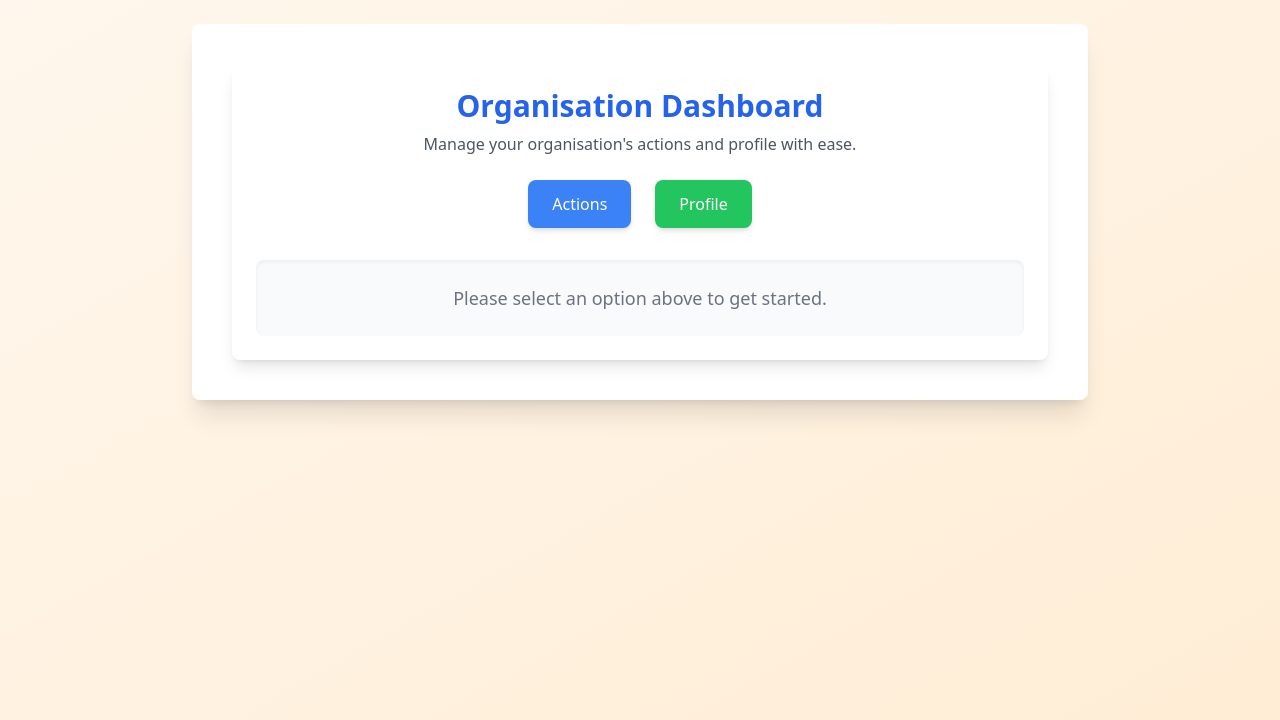
Repository: virtualvasu/TrueCert
Page: / (app in client/), after clicking the first element matching `button.px-10`
These files come from the project's save history. The page is drawn as it stood at one moment and after the next save; the edit follows.
The browser window is 1280 px wide. The pictures show the whole page.
The project was rebuilt for these pictures with package versions that can differ from the ones it lists, and the page was loaded fresh each time. Also part of the build but not shown: client/vite.config.js, client/src/components/organisation/actions/contractDetails.jsx, client/src/components/organisation/actions/CheckCertificate.jsx, client/src/components/organisation/actions/IssueCertificate.jsx, client/src/components/organisation/actions/RevokeCertificate.jsx, client/src/components/organisation/OrgActions.jsx, client/src/components/organisation/OrgProfile.jsx.

Above is the page before, as saved 2025-01-08 03:40:51.

After the next save:
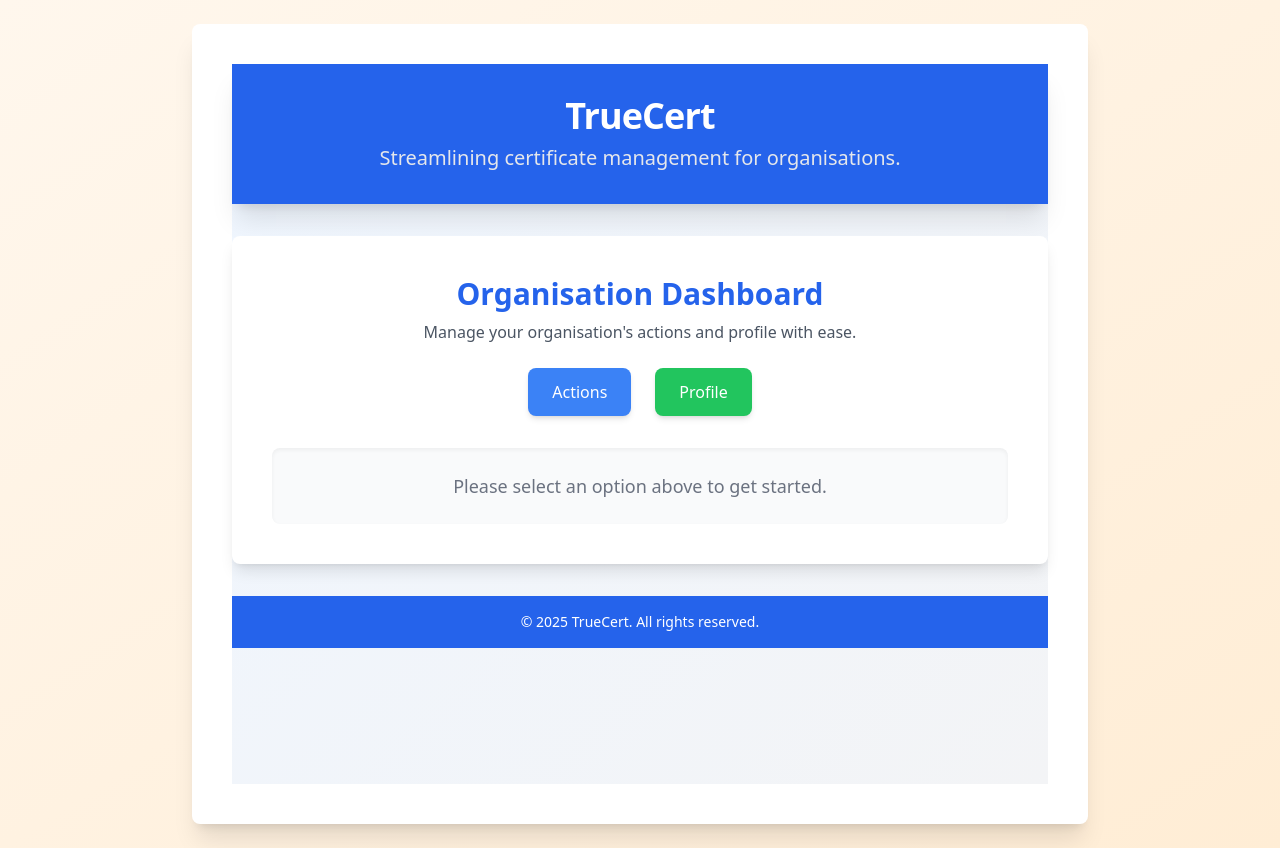
Saved 3 min 3 s later.
--- a/client/src/components/organisation/OrgHome.jsx
+++ b/client/src/components/organisation/OrgHome.jsx
@@ -6,58 +6,79 @@ function OrgHome() {
     const [activeComponent, setActiveComponent] = useState(null);
 
     return (
-        <div className="bg-white p-6 rounded-lg shadow-lg">
-            <header className="mb-6 text-center">
-                <h1 className="text-3xl font-extrabold text-blue-600">
-                    Organisation Dashboard
-                </h1>
-                <p className="text-gray-600 mt-2">
-                    Manage your organisation's actions and profile with ease.
-                </p>
+        <div className="min-h-screen bg-gradient-to-br from-blue-50 to-gray-100">
+            <header className="bg-blue-600 text-white p-8 shadow-xl">
+                <div className="max-w-6xl mx-auto text-center">
+                    <h1 className="text-4xl font-extrabold tracking-tight">
+                        TrueCert
+                    </h1>
+                    <p className="text-xl mt-2 text-gray-200">
+                        Streamlining certificate management for organisations.
+                    </p>
+                </div>
             </header>
-            <div className="flex justify-center space-x-6 mb-8">
-                <button
-                    onClick={() => setActiveComponent('Actions')}
-                    className={`px-6 py-3 font-medium text-white rounded-lg shadow-md transition-all duration-300 ${
-                        activeComponent === 'Actions'
-                            ? 'bg-blue-600'
-                            : 'bg-blue-500 hover:bg-blue-600'
-                    }`}
-                >
-                    Actions
-                </button>
-                <button
-                    onClick={() => setActiveComponent('Profile')}
-                    className={`px-6 py-3 font-medium text-white rounded-lg shadow-md transition-all duration-300 ${
-                        activeComponent === 'Profile'
-                            ? 'bg-green-600'
-                            : 'bg-green-500 hover:bg-green-600'
-                    }`}
-                >
-                    Profile
-                </button>
-            </div>
-            <div className="bg-gray-50 p-6 rounded-lg shadow-inner">
-                {activeComponent === 'Actions' ? (
-                    <div>
-                        <h2 className="text-2xl font-semibold text-blue-600 mb-4">
-                            Organisation Actions
-                        </h2>
-                        <OrgActions />
-                    </div>
-                ) : activeComponent === 'Profile' ? (
-                    <div>
-                        <h2 className="text-2xl font-semibold text-green-600 mb-4">
-                            Organisation Profile
-                        </h2>
-                        <OrgProfile />
-                    </div>
-                ) : (
-                    <div className="text-center text-gray-500">
-                        <p className="text-lg">Please select an option above to get started.</p>
-                    </div>
-                )}
-            </div>
+            <main className="max-w-4xl mx-auto bg-white p-10 rounded-lg shadow-lg mt-8">
+                <header className="mb-6 text-center">
+                    <h1 className="text-3xl font-extrabold text-blue-600">
+                        Organisation Dashboard
+                    </h1>
+                    <p className="text-gray-600 mt-2">
+                        Manage your organisation's actions and profile with ease.
+                    </p>
+                </header>
+                <div className="flex justify-center space-x-6 mb-8">
+                    <button
+                        onClick={() => setActiveComponent('Actions')}
+                        className={`px-6 py-3 font-medium text-white rounded-lg shadow-md transition-all duration-300 ${
+                            activeComponent === 'Actions'
+                                ? 'bg-blue-600'
+                                : 'bg-blue-500 hover:bg-blue-600'
+                        }`}
+                    >
+                        Actions
+                    </button>
+                    <button
+                        onClick={() => setActiveComponent('Profile')}
+                        className={`px-6 py-3 font-medium text-white rounded-lg shadow-md transition-all duration-300 ${
+                            activeComponent === 'Profile'
+                                ? 'bg-green-600'
+                                : 'bg-green-500 hover:bg-green-600'
+                        }`}
+                    >
+                        Profile
+                    </button>
+                </div>
+                <div className="bg-gray-50 p-6 rounded-lg shadow-inner">
+                    {activeComponent === 'Actions' ? (
+                        <div>
+                            <h2 className="text-2xl font-semibold text-blue-600 mb-4">
+                                Organisation Actions
+                            </h2>
+                            <OrgActions />
+                        </div>
+                    ) : activeComponent === 'Profile' ? (
+                        <div>
+                            <h2 className="text-2xl font-semibold text-green-600 mb-4">
+                                Organisation Profile
+                            </h2>
+                            <OrgProfile />
+                        </div>
+                    ) : (
+                        <div className="text-center text-gray-500">
+                            <p className="text-lg">
+                                Please select an option above to get started.
+                            </p>
+                        </div>
+                    )}
+                </div>
+            </main>
+            <footer className="bg-blue-600 text-white p-4 mt-8">
+                <div className="max-w-6xl mx-auto text-center">
+                    <p className="text-sm">
+                        &copy; 2025 TrueCert. All rights reserved.
+                    </p>
+                </div>
+            </footer>
         </div>
     );
 }
